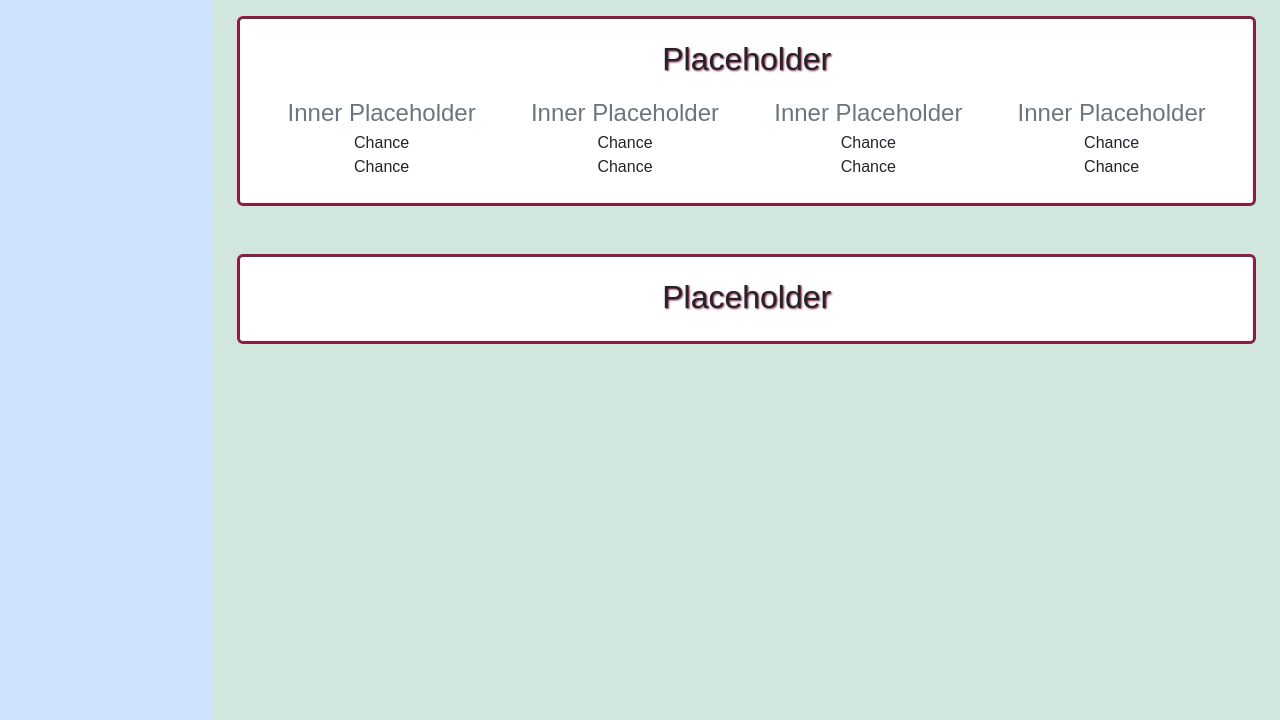
Repository: chancellor-w-whitaker/bec-tab
Page: /
An editor plug-in stored every save of this project. The page is shown before and after the next save, followed by the edit.
The browser window is 1280 px wide. The pictures show the whole page.
Some web fonts or font styles are not loaded; a fallback is used. The project was rebuilt for these pictures with package versions that can differ from the ones it lists, and the page was loaded fresh each time. Also part of the build but not shown: vite.config.js.

Above is the page before, as saved 2024-01-08 22:26:46.

After the next save:
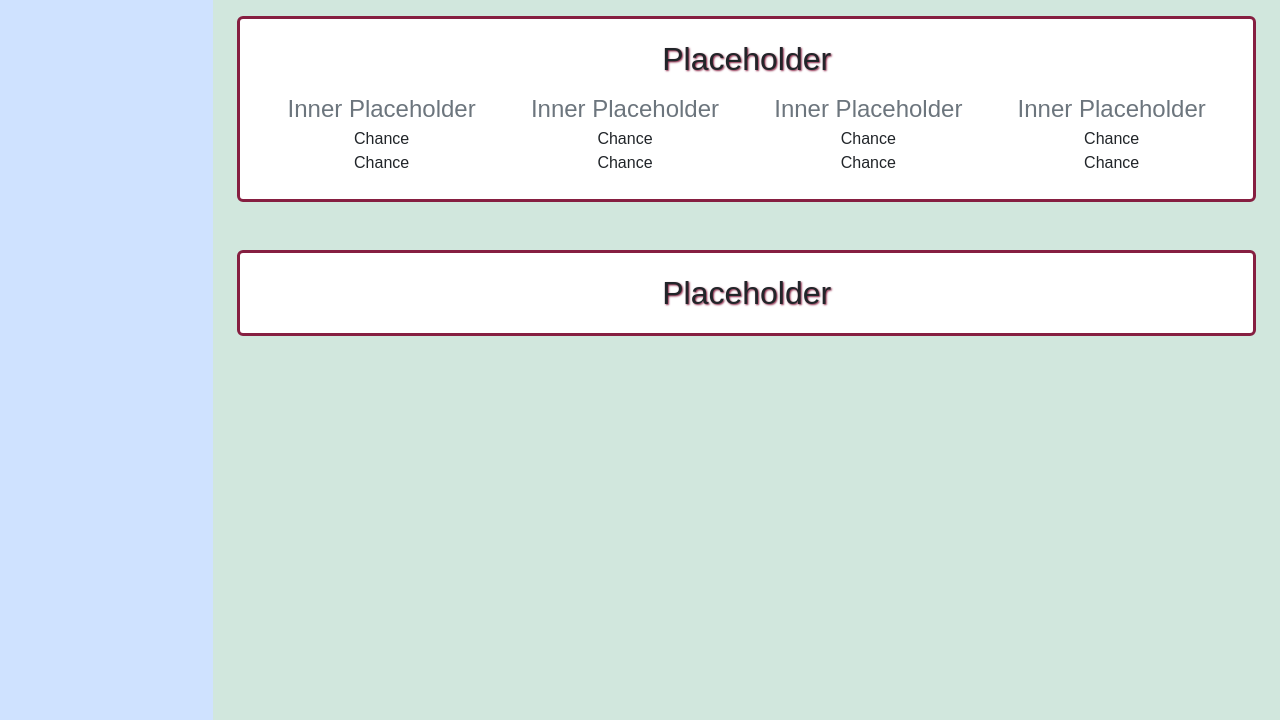
Saved 12 s later.
--- a/src/CleanedApp.jsx
+++ b/src/CleanedApp.jsx
@@ -51,7 +51,7 @@
 
 const SecondaryContent = ({ title = "Placeholder", children }) => {
   return (
-    <div className="bg-white rounded p-3 d-flex flex-column gap-1 eku-border">
+    <div className="bg-white rounded p-3 d-flex flex-column eku-border">
       <div className="fs-2 eku-text-shadow">{title}</div>
       <div className="d-flex flex-row flex-wrap justify-content-evenly gap-3">
         {children}

After the save that followed:
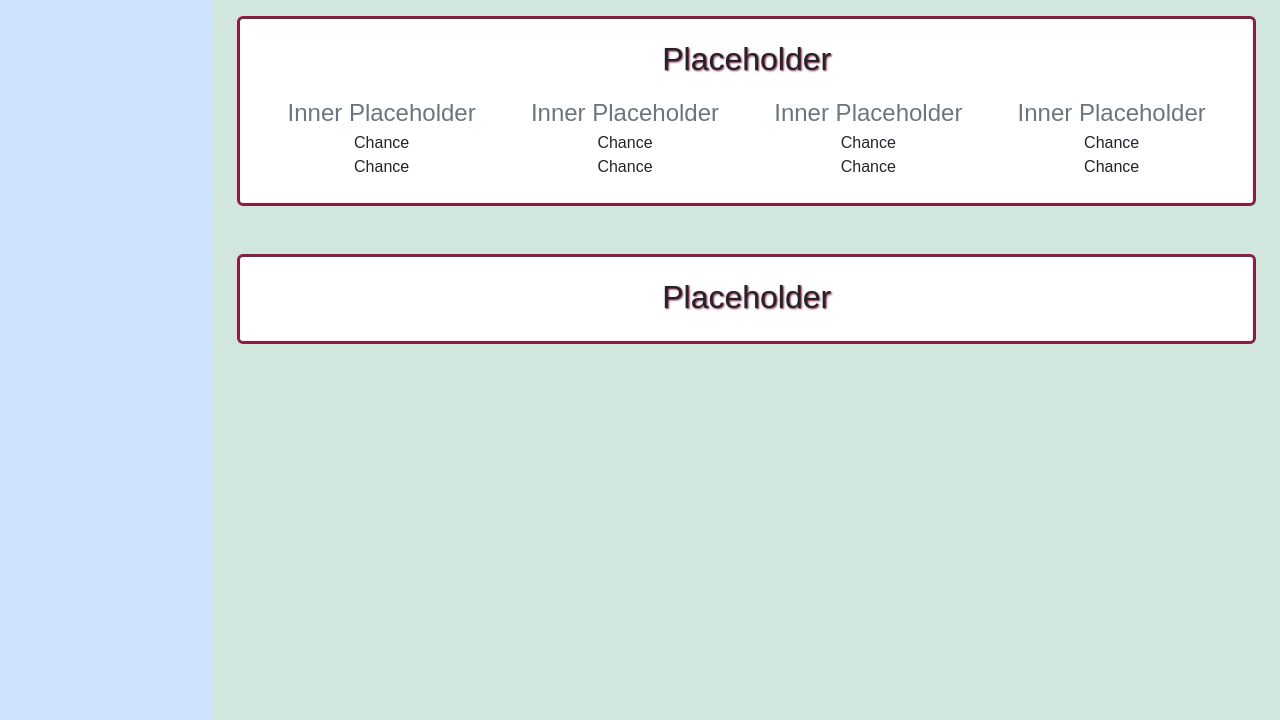
Saved 57 s later.
--- a/src/CleanedApp.jsx
+++ b/src/CleanedApp.jsx
@@ -51,7 +51,7 @@
 
 const SecondaryContent = ({ title = "Placeholder", children }) => {
   return (
-    <div className="bg-white rounded p-3 d-flex flex-column eku-border">
+    <div className="bg-white rounded p-3 d-flex flex-column gap-1 eku-border">
       <div className="fs-2 eku-text-shadow">{title}</div>
       <div className="d-flex flex-row flex-wrap justify-content-evenly gap-3">
         {children}
